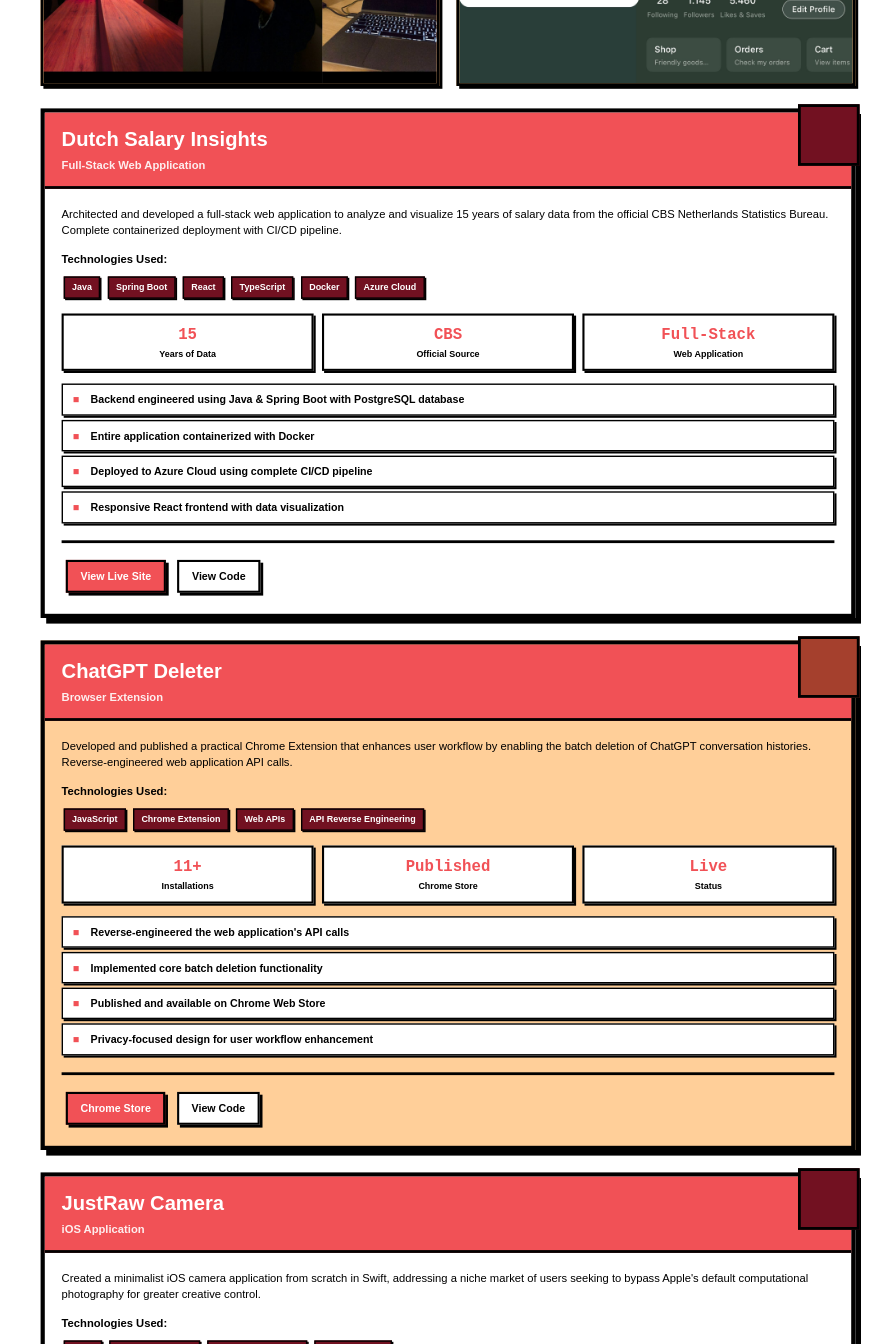
Repository: miloyiyangsun/yiyangsun.github.io
Page: .superdesign/design_iterations/yiyang_projects_v2.html
These files come from the project's save history. The page is drawn as it stood at one moment and after the next save; the edit follows.
The browser window is 1280 px wide. The pictures show the part of the page from y = 1037 to 2957 px (the page is 4403 px tall), at 70% of full size.

Above is the page before, as saved 2025-09-03 22:13:47.

### .superdesign/design_iterations/yiyang_projects_v2.html
<!DOCTYPE html>
<html lang="en">
  <head>
    <meta charset="UTF-8" />
    <meta name="viewport" content="width=device-width, initial-scale=1.0" />
    <title>Projects - Yiyang Sun [Neo-Brutalist Portfolio]</title>
    <meta
      name="description"
      content="Technical projects by Yiyang Sun including full-stack applications, mobile apps, and browser extensions. Neo-brutalist design showcase."
    />

    <!-- Neo-Brutalist Theme -->
    <link rel="stylesheet" href="brutalist_theme_v2.css" />

    <style>
      /* Projects-specific brutal styles */
      body {
        padding-top: 120px;
        background: #ffffff;
      }

      .main-container {
        max-width: 1200px;
        margin: 0 auto;
        padding: 18px;
      }

      /* Navigation Layout - Right Align */
      .brutalist-nav .main-container {
        display: flex;
        justify-content: space-between;
        align-items: center;
      }

      .nav-links {
        display: flex;
        gap: 4px;
      }

      /* Navigation Brand - Brutalist */
      .nav-brand {
        background: #ffcf99;
        border: 3px solid #000000;
        padding: 8px 12px;
        box-shadow: 4px 4px 0 #000000;
        font-weight: 900;
      }

      /* Project Navigation - Brutal Cards */
      .project-nav {
        display: grid;
        grid-template-columns: repeat(2, 1fr);
        gap: 24px;
        margin: 24px 0;
      }

      .project-nav-item {
        background: #ffc07f;
        border: 4px solid #000000;
        padding: 0;
        text-align: center;
        text-decoration: none;
        color: #000000;
        font-weight: 900;
        box-shadow: 4px 4px 0 #000000;
        cursor: pointer;
        display: flex;
        flex-direction: column;
        overflow: hidden;
      }

      .project-nav-item img {
        width: 100%;
        aspect-ratio: 16/9;
        object-fit: cover;
        flex: 0 0 auto;
      }

      .project-nav-item .nav-title {
        padding: 12px 8px;
        font-size: 0.9rem;
        flex: 0 0 auto;
        display: flex;
        align-items: center;
        justify-content: center;
        border-bottom: 4px solid #000000;
        min-height: 44px;
        line-height: 1.2;
      }

      .project-nav-item:hover,
      .project-nav-item.active {
        background: #f15156;
        color: #ffffff;
        transform: translate(-2px, -2px);
        box-shadow: 6px 6px 0 #000000;
      }

      .project-nav-item:hover .nav-title,
      .project-nav-item.active .nav-title {
        color: #ffffff;
      }

      /* Project Card - Brutal */
      .project-card {
        background: #ffffff;
        border: 6px solid #000000;
        margin: 32px 0;
        box-shadow: 8px 8px 0 #000000;
        position: relative;
        overflow: visible;
      }

      .project-card::before {
        content: "";
        position: absolute;
        top: -12px;
        right: -12px;
        width: 80px;
        height: 80px;
        background: #721121;
        border: 4px solid #000000;
        z-index: 1;
      }

      .project-card:nth-child(even) {
        background: #ffcf99;
      }

      .project-card:nth-child(even)::before {
        background: #a5402d;
      }

      .project-header {
        background: #f15156;
        color: #ffffff;
        padding: 18px 24px;
        border-bottom: 4px solid #000000;
      }

      .project-title {
        font-size: 1.8rem;
        font-weight: 900;
        margin: 0 0 6px 0;
        scroll-margin-top: 170px;
      }

      .project-subtitle {
        font-size: 1rem;
        font-weight: 700;
        opacity: 0.9;
      }

      .project-content {
        padding: 24px;
      }

      .project-description {
        font-size: 1rem;
        line-height: 1.5;
        margin-bottom: 18px;
        font-weight: 500;
      }

      /* Tech Stack - Brutal */
      .tech-stack {
        margin: 18px 0;
      }

      .tech-label {
        font-weight: 900;
        margin-bottom: 10px;
        font-size: 1rem;
      }

      .tech-item {
        display: inline-block;
        background: #721121;
        color: #ffffff;
        padding: 5px 10px;
        margin: 3px;
        border: 2px solid #000000;
        font-weight: 700;
        font-size: 0.8rem;
        box-shadow: 2px 2px 0 #000000;
      }

      /* Project Stats - Brutal */
      .project-stats {
        display: grid;
        grid-template-columns: repeat(auto-fit, minmax(120px, 1fr));
        gap: 12px;
        margin: 18px 0;
      }

      .stat-box {
        background: #ffffff;
        border: 3px solid #000000;
        padding: 12px;
        text-align: center;
        box-shadow: 3px 3px 0 #000000;
      }

      .stat-number {
        font-family: "Courier New", monospace;
        font-size: 1.4rem;
        font-weight: 900;
        color: #f15156;
        display: block;
      }

      .stat-label {
        font-weight: 700;
        font-size: 0.8rem;
        margin-top: 4px;
      }

      /* Action Buttons - Brutal */
      .project-actions {
        margin-top: 24px;
        padding-top: 18px;
        border-top: 4px solid #000000;
      }

      .action-button {
        display: inline-block;
        background: #f15156;
        color: #ffffff;
        padding: 10px 18px;
        margin: 6px;
        border: 3px solid #000000;
        text-decoration: none;
        font-weight: 900;
        box-shadow: 4px 4px 0 #000000;
      }

      .action-button:hover {
        background: #a5402d;
        transform: translate(-1px, -1px);
        box-shadow: 5px 5px 0 #000000;
      }

      .action-button.secondary {
        background: #ffffff;
        color: #000000;
        border-color: #000000;
      }

      .action-button.secondary:hover {
        background: #ffc07f;
      }

      /* Feature List - Brutal */
      .feature-list {
        list-style: none;
        margin: 18px 0;
      }

      .feature-item {
        background: #ffffff;
        border: 2px solid #000000;
        padding: 10px 14px;
        margin: 6px 0;
        position: relative;
        font-weight: 600;
        box-shadow: 3px 3px 0 #000000;
      }

      .feature-item::before {
        content: "■";
        color: #f15156;
        font-weight: 900;
        margin-right: 12px;
      }

      /* Mobile responsive */
      @media (max-width: 768px) {
        .project-nav {
          grid-template-columns: 1fr;
          gap: 18px;
        }

        .project-nav-item .nav-title {
          font-size: 0.85rem;
          padding: 10px 6px;
          min-height: 40px;
        }

        .project-card {
          margin: 24px 0;
        }

        .project-header {
          padding: 14px 18px;
        }

        .project-title {
          font-size: 1.5rem;
        }

        .project-content {
          padding: 18px;
        }

        .project-stats {
          grid-template-columns: repeat(2, 1fr);
        }
      }
    </style>
  </head>

  <body>
    <!-- Brutalist Navigation -->
    <nav class="brutalist-nav">
      <div class="main-container">
        <strong class="nav-brand" style="font-size: 1.3rem">YIYANG SUN</strong>
        <div class="nav-links">
          <a href="yiyang_home_v2.html" class="brutalist-nav-item">HOME</a>
          <a href="yiyang_projects_v2.html" class="brutalist-nav-item active"
            >PROJECTS</a
          >
          <a href="yiyang_work_v2.html" class="brutalist-nav-item">WORK</a>
          <a href="yiyang_hireme_v2.html" class="brutalist-nav-item">HIRE ME</a>
        </div>
      </div>
    </nav>

    <!-- Main Content -->
    <main class="main-container">
      <!-- Page Header -->
      <section class="brutalist-hero">
        <div class="brutalist-text-center">
          <h1 class="title-huge" style="margin-bottom: 16px">My Projects</h1>
          <p
            style="
              font-size: 1.2rem;
              font-weight: 700;
              max-width: 700px;
              margin: 0 auto;
            "
          >
            Discover my technical projects including full-stack applications,
            mobile apps, and browser extensions. Each project showcases
            different aspects of my development skills.
          </p>
        </div>
      </section>

      <!-- Project Navigation -->
      <section>
        <div class="project-nav">
          <a
            href="#dutch-salary"
            class="project-nav-item"
            onclick="scrollToProject('dutch-salary')"
          >
            <div class="nav-title">Dutch Salary Insights</div>
            <img
              src="../../assets/images/projects/dutch-salary-preview.jpg"
              alt="Dutch Salary Insights Preview"
            />
          </a>
          <a
            href="#chatgpt-deleter"
            class="project-nav-item"
            onclick="scrollToProject('chatgpt-deleter')"
          >
            <div class="nav-title">ChatGPT History Batch Deleter</div>

            <img
              src="../../assets/images/projects/chatgpt-deleter-preview.jpg"
              alt="ChatGPT Deleter Preview"
            />
          </a>
          <a
            href="#justraw-camera"
            class="project-nav-item"
            onclick="scrollToProject('justraw-camera')"
          >
            <div class="nav-title">JustRaw Camera</div>
            <img
              src="../../assets/images/projects/justraw-camera-preview.jpg"
              alt="JustRaw Camera Preview"
            />
          </a>
          <a
            href="#ai-community"
            class="project-nav-item"
            onclick="scrollToProject('ai-community')"
          >
            <div class="nav-title">AI Self-Media Community</div>
            <img
              src="../../assets/images/projects/ai-community-preview.jpg"
              alt="AI Community Preview"
            />
          </a>
        </div>
      </section>

      <!-- Project 1: Dutch Salary Insights -->
      <section class="project-card">
        <div class="project-header">
          <div class="project-title" id="dutch-salary">
            Dutch Salary Insights
          </div>
          <div class="project-subtitle">Full-Stack Web Application</div>
        </div>
        <div class="project-content">
          <p class="project-description">
            Architected and developed a full-stack web application to analyze
            and visualize 15 years of salary data from the official CBS
            Netherlands Statistics Bureau. Complete containerized deployment
            with CI/CD pipeline.
          </p>

          <div class="tech-stack">
            <div class="tech-label">Technologies Used:</div>
            <span class="tech-item">Java</span>
            <span class="tech-item">Spring Boot</span>
            <span class="tech-item">React</span>
            <span class="tech-item">TypeScript</span>
            <span class="tech-item">Docker</span>
            <span class="tech-item">Azure Cloud</span>
          </div>

          <div class="project-stats">
            <div class="stat-box">
              <span class="stat-number">15</span>
              <span class="stat-label">Years of Data</span>
            </div>
            <div class="stat-box">
              <span class="stat-number">CBS</span>
              <span class="stat-label">Official Source</span>
            </div>
            <div class="stat-box">
              <span class="stat-number">Full-Stack</span>
              <span class="stat-label">Web Application</span>
            </div>
          </div>

          <ul class="feature-list">
            <li class="feature-item">
              Backend engineered using Java & Spring Boot with PostgreSQL
              database
            </li>
            <li class="feature-item">
              Entire application containerized with Docker
            </li>
            <li class="feature-item">
              Deployed to Azure Cloud using complete CI/CD pipeline
            </li>
            <li class="feature-item">
              Responsive React frontend with data visualization
            </li>
          </ul>

          <div class="project-actions">
            <a
              href="https://frontend-webapp-16283450340.azurewebsites.net"
              class="action-button"
              >View Live Site</a
            >
            <a
              href="https://github.com/miloyiyangsun/DutchSalaryToday"
              class="action-button secondary"
              >View Code</a
            >
          </div>
        </div>
      </section>

      <!-- Project 2: ChatGPT Deleter -->
      <section class="project-card">
        <div class="project-header">
          <div class="project-title" id="chatgpt-deleter">ChatGPT Deleter</div>
          <div class="project-subtitle">Browser Extension</div>
        </div>
        <div class="project-content">
          <p class="project-description">
            Developed and published a practical Chrome Extension that enhances
            user workflow by enabling the batch deletion of ChatGPT conversation
            histories. Reverse-engineered web application API calls.
          </p>

          <div class="tech-stack">
            <div class="tech-label">Technologies Used:</div>
            <span class="tech-item">JavaScript</span>
            <span class="tech-item">Chrome Extension</span>
            <span class="tech-item">Web APIs</span>
            <span class="tech-item">API Reverse Engineering</span>
          </div>

          <div class="project-stats">
            <div class="stat-box">
              <span class="stat-number">11+</span>
              <span class="stat-label">Installations</span>
            </div>
            <div class="stat-box">
              <span class="stat-number">Published</span>
              <span class="stat-label">Chrome Store</span>
            </div>
            <div class="stat-box">
              <span class="stat-number">Live</span>
              <span class="stat-label">Status</span>
            </div>
          </div>

          <ul class="feature-list">
            <li class="feature-item">
              Reverse-engineered the web application's API calls
            </li>
            <li class="feature-item">
              Implemented core batch deletion functionality
            </li>
            <li class="feature-item">
              Published and available on Chrome Web Store
            </li>
            <li class="feature-item">
              Privacy-focused design for user workflow enhancement
            </li>
          </ul>

          <div class="project-actions">
            <a
              href="https://chromewebstore.google.com/detail/olpolmhhcgkfboeogjpkknendbfjfied"
              class="action-button"
              >Chrome Store</a
            >
            <a
              href="https://github.com/miloyiyangsun/Batch-Deleter-for-ChatGPT-History"
              class="action-button secondary"
              >View Code</a
            >
          </div>
        </div>
      </section>

      <!-- Project 3: JustRaw Camera -->
      <section class="project-card">
        <div class="project-header">
          <div class="project-title" id="justraw-camera">JustRaw Camera</div>
          <div class="project-subtitle">iOS Application</div>
        </div>
        <div class="project-content">
          <p class="project-description">
            Created a minimalist iOS camera application from scratch in Swift,
            addressing a niche market of users seeking to bypass Apple's default
            computational photography for greater creative control.
          </p>

          <div class="tech-stack">
            <div class="tech-label">Technologies Used:</div>
            <span class="tech-item">Swift</span>
            <span class="tech-item">iOS Development</span>
            <span class="tech-item">Camera Framework</span>
            <span class="tech-item">AVFoundation</span>
          </div>

          <div class="project-stats">
            <div class="stat-box">
              <span class="stat-number">Swift</span>
              <span class="stat-label">Language</span>
            </div>
            <div class="stat-box">
              <span class="stat-number">iOS</span>
              <span class="stat-label">Platform</span>
            </div>
            <div class="stat-box">
              <span class="stat-number">Open</span>
              <span class="stat-label">Source</span>
            </div>
          </div>

          <ul class="feature-list">
            <li class="feature-item">
              Minimalist design focused on creative control
            </li>
            <li class="feature-item">
              Bypasses Apple's default computational photography
            </li>
            <li class="feature-item">Built from scratch in Swift for iOS</li>
            <li class="feature-item">
              Addresses niche market of photography enthusiasts
            </li>
          </ul>

          <div class="project-actions">
            <a
              href="https://github.com/miloyiyangsun/JustRaw"
              class="action-button"
              >GitHub Repository</a
            >
            <a
              href="https://github.com/miloyiyangsun"
              class="action-button secondary"
              >More Projects</a
            >
          </div>
        </div>
      </section>

      <!-- Project 4: AI Community -->
      <section class="project-card">
        <div class="project-header">
          <div class="project-title" id="ai-community">
            AI Self-Media Community
          </div>
          <div class="project-subtitle">
            Technical Leadership & Knowledge Sharing
          </div>
        </div>
        <div class="project-content">
          <p class="project-description">
            Founded and cultivated an engaged AI-focused online community,
            publishing over 60 technical articles and posts to foster knowledge
            sharing on recent AI advancements across Chinese social platforms.
          </p>

          <div class="tech-stack">
            <div class="tech-label">Skills Used:</div>
            <span class="tech-item">Technical Writing</span>
            <span class="tech-item">Community Management</span>
            <span class="tech-item">Content Strategy</span>
            <span class="tech-item">Social Media</span>
          </div>

          <div class="project-stats">
            <div class="stat-box">
              <span class="stat-number">2400+</span>
              <span class="stat-label">Followers</span>
            </div>
            <div class="stat-box">
              <span class="stat-number">60+</span>
              <span class="stat-label">Articles Published</span>
            </div>
            <div class="stat-box">
              <span class="stat-number">2</span>
              <span class="stat-label">Platforms</span>
            </div>
          </div>

          <ul class="feature-list">
            <li class="feature-item">
              Published over 60 technical articles on AI advancements
            </li>
            <li class="feature-item">
              Grew community to 2,400+ followers and subscribers
            </li>
            <li class="feature-item">
              Active on Xiaohongshu and WeChat platforms
            </li>
            <li class="feature-item">
              Foster knowledge sharing in Chinese AI community
            </li>
          </ul>

          <div class="project-actions">
            <a
              href="https://www.xiaohongshu.com/user/profile/6876efd1000000000d03c562"
              class="action-button"
              target="_blank"
              >Vist the Community</a
            >
            <a
              href="https://github.com/miloyiyangsun"
              class="action-button secondary"
              >More Projects</a
            >
          </div>
        </div>
      </section>
    </main>

    <!-- Footer -->
    <footer
      style="
        background: #000000;
        color: #ffffff;
        padding: 32px;
        text-align: center;
        border-top: 4px solid #f15156;
      "
    >
      <div class="main-container">
        <p style="font-weight: 700; margin-bottom: 8px">
          &copy; 2025 YIYANG SUN. BUILT WITH BRUTALIST DESIGN PRINCIPLES.
        </p>
        <p style="font-size: 0.9rem">
          Designed and developed with neo-brutalism • Amsterdam, Netherlands
        </p>
      </div>
    </footer>

    <script>
      // Minimal JavaScript for navigation
      function scrollToProject(projectId) {
        document.getElementById(projectId).scrollIntoView({
          behavior: "smooth",
          block: "start",
        });

        // Update active state
        document.querySelectorAll(".project-nav-item").forEach((item) => {
          item.classList.remove("active");
        });
        event.target.classList.add("active");
      }

      // Button press effects
      document
        .querySelectorAll(".action-button, .project-nav-item")
        .forEach((element) => {
          element.addEventListener("mousedown", function () {
            this.style.transform = "translate(2px, 2px)";
            this.style.boxShadow = "none";
          });

          element.addEventListener("mouseup", function () {
            this.style.transform = "";
            this.style.boxShadow = "";
          });
        });

      console.log("🚀 PROJECTS PAGE - NEO-BRUTALIST DESIGN LOADED");
    </script>
  </body>
</html>

Loaded but not shown: .superdesign/design_iterations/brutalist_theme_v2.css (336 lines, source omitted)

After the next save:
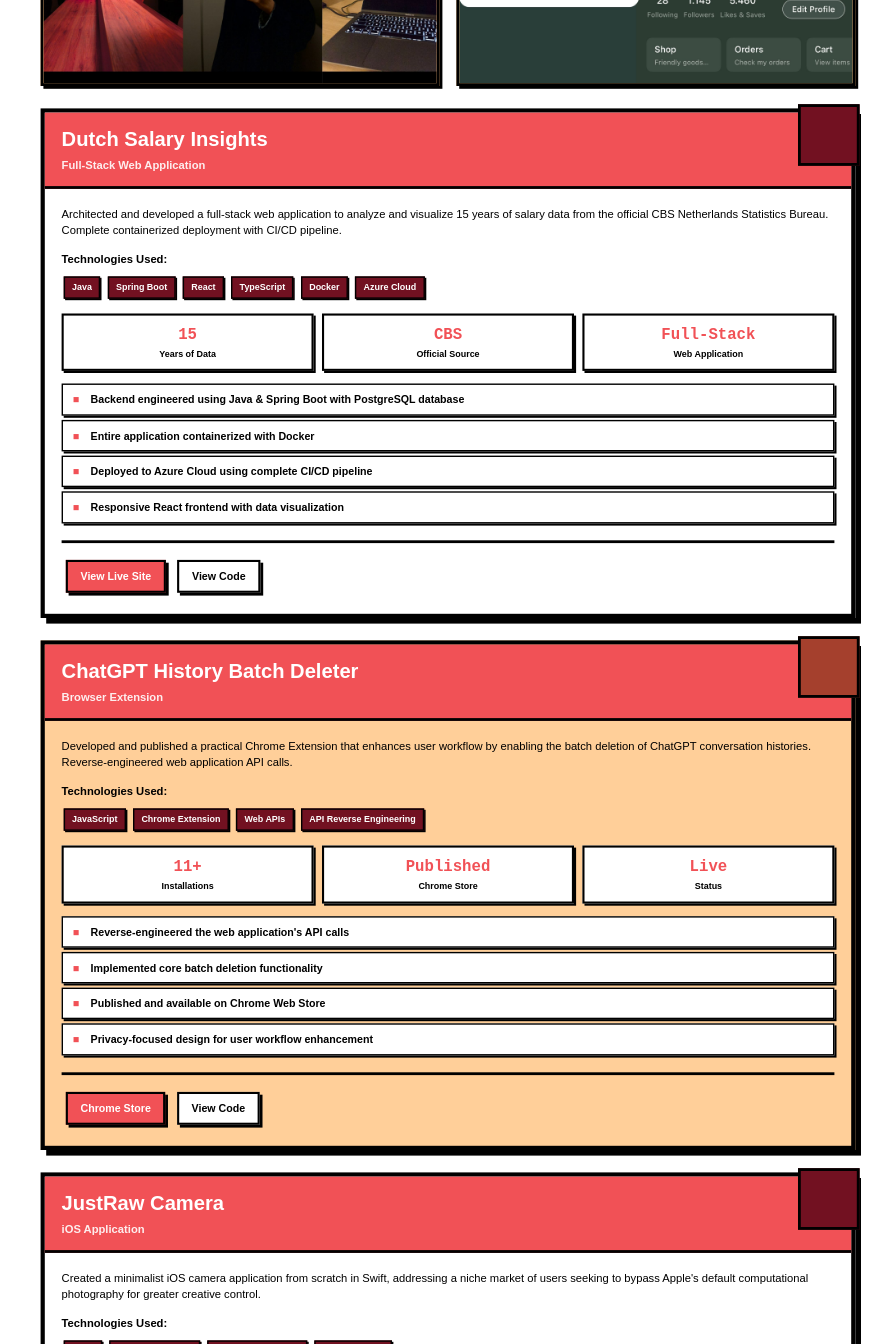
Saved 15 min 53 s later.
--- a/.superdesign/design_iterations/yiyang_projects_v2.html
+++ b/.superdesign/design_iterations/yiyang_projects_v2.html
@@ -109,6 +109,30 @@
         box-shadow: 8px 8px 0 #000000;
         position: relative;
         overflow: visible;
+        transition: all 0.15s ease-out;
+        cursor: pointer;
+      }
+
+      .project-card:hover {
+        transform: translate(-4px, -4px);
+        box-shadow: 12px 12px 0 #000000;
+        background: #ffc07f;
+      }
+
+      /* Header保持深色背景确保白色文字可见 */
+      .project-card:hover .project-header {
+        background: #721121;
+        color: #ffffff;
+      }
+
+      .project-card:nth-child(even):hover {
+        background: #f15156;
+        color: #ffffff;
+      }
+
+      .project-card:nth-child(even):hover .project-header {
+        background: #a5402d;
+        color: #ffffff;
       }
 
       .project-card::before {
@@ -199,6 +223,15 @@
         padding: 12px;
         text-align: center;
         box-shadow: 3px 3px 0 #000000;
+        transition: all 0.15s ease-out;
+        cursor: pointer;
+      }
+
+      .stat-box:hover {
+        transform: translate(-3px, -3px);
+        box-shadow: 6px 6px 0 #000000;
+        background: #ffc07f;
+        color: #000000;
       }
 
       .stat-number {
@@ -472,7 +505,9 @@
       <!-- Project 2: ChatGPT Deleter -->
       <section class="project-card">
         <div class="project-header">
-          <div class="project-title" id="chatgpt-deleter">ChatGPT Deleter</div>
+          <div class="project-title" id="chatgpt-deleter">
+            ChatGPT History Batch Deleter
+          </div>
           <div class="project-subtitle">Browser Extension</div>
         </div>
         <div class="project-content">
